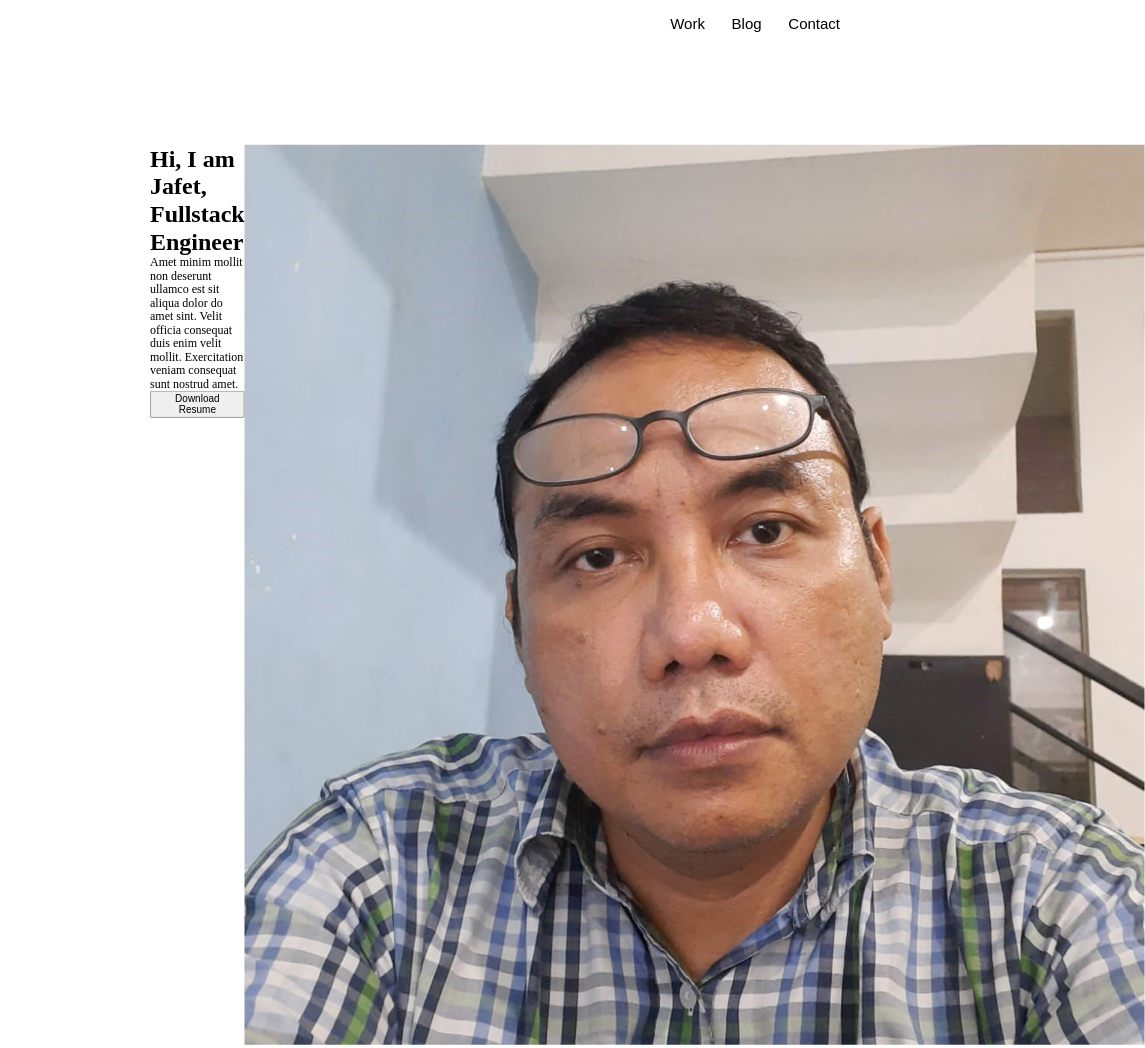
Repository: jafetdn73/portofolio
Page: index.html
The author's editor kept a copy of each file at every save. The page is drawn from the files as they stood at one save, then again after the next save.
The browser window is 1280 px wide. The page is 1526 px wide, then 1426 px, so the pictures cover 1526 px, including what lies to the right of the window. The pictures show the whole page, at 75% of full size.

Above is the page before, as saved 2022-02-21 10:18:29.

### index.html
<!DOCTYPE html>
<html lang="en">
<head>
    <meta charset="UTF-8">
    <meta http-equiv="X-UA-Compatible" content="IE=edge">
    <meta name="viewport" content="width=device-width, initial-scale=1.0">
    <link rel="stylesheet" href="figma.css">
    <title>Belajar HTML CSS</title>
</head>
<body>
    <div class="container">
        <!-- Start Menu Bar -->
        <div class="menu-bar">
            <ul>
                <li>
                    Work
                </li>
                <li>
                    Blog
                </li>
                <li>
                    Contact
                </li>
            </ul>
        </div>
        <!-- Starr Hero -->
        <div class="hero">
            <div class="hero-text">
                <h1>Hi, I am Jafet,<br/>
                    Fullstack Engineer
                </h1>
                <p>
                    Amet minim mollit non deserunt ullamco est sit aliqua dolor do amet sint. Velit officia consequat duis enim velit mollit. Exercitation veniam consequat sunt nostrud amet.
                </p>
                <button>Download Resume</button>
            </div>
            <div class="hero-image">
                <img src="jafet.png"/>
            </div>

        </div>
    </div>
</body>
</html>

### figma.css
* {
    margin: 0;
}
.container {
    width: 1150px;
}

.menu-bar {
    display: flex;
    justify-content: flex-end;
    margin-top: 20px;
}

.menu-bar ul li {
    display: inline;
    margin-right: 30px;
    font-family:Arial, Helvetica, sans-serif;
    font-size: 20px;
}

/* Start Hero */
.hero {
    display: flex;
    justify-content: space-around;
    margin-top: 150px;
    padding: 0 200px;
}

.hero-text {
    width: 450px;
}

After the next save:
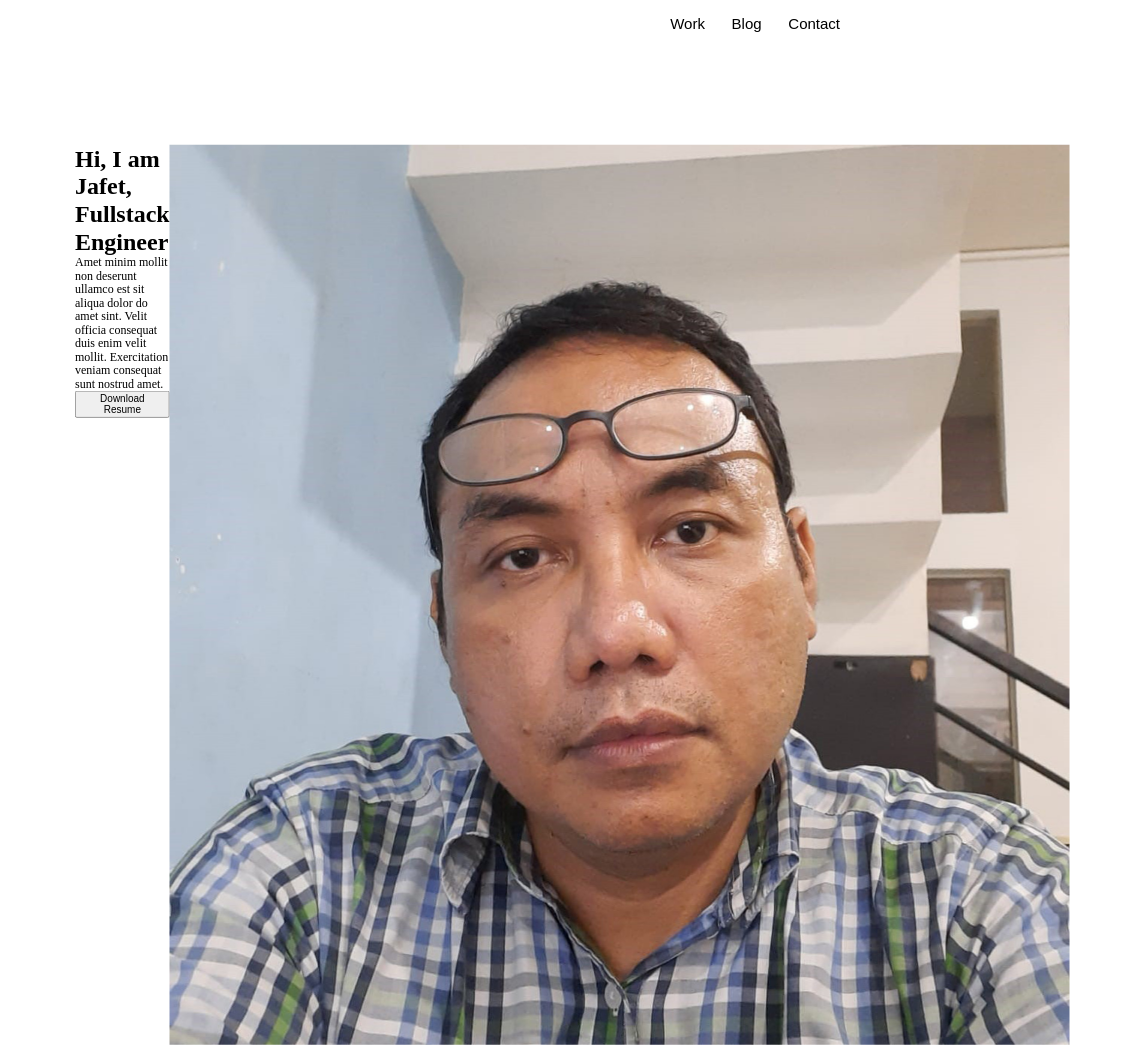
Saved 100 s later.
--- a/figma.css
+++ b/figma.css
@@ -23,7 +23,7 @@
     display: flex;
     justify-content: space-around;
     margin-top: 150px;
-    padding: 0 200px;
+    padding: 0 100px;
 }
 
 .hero-text {
